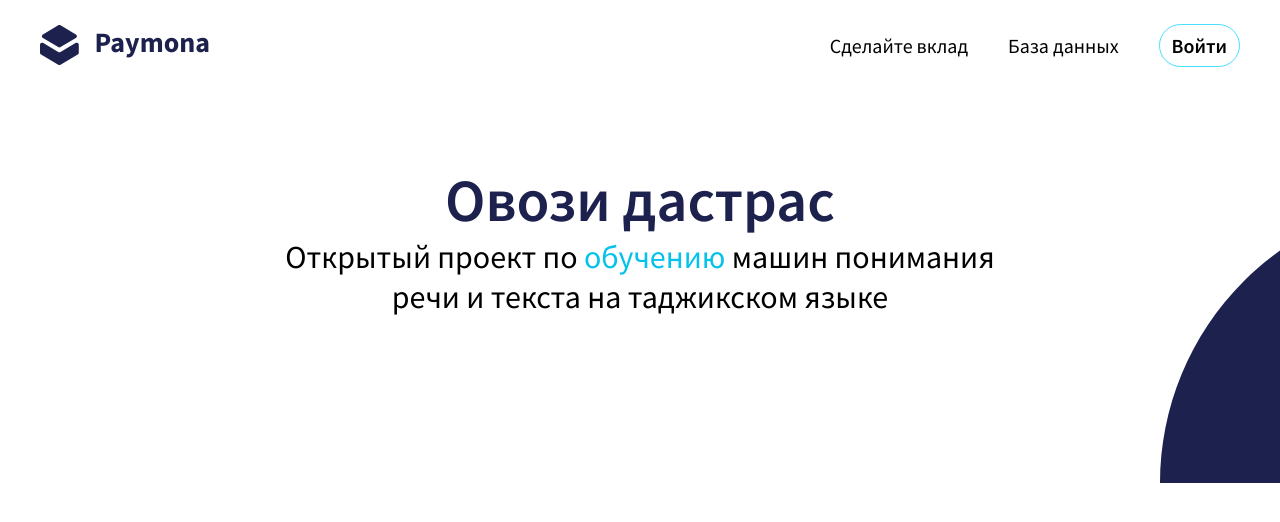
Repository: Amin444/Paymona-Sadp
Page: index.html
The author's editor kept a copy of each file at every save. The page is drawn from the files as they stood at one save, then again after the next save.
The browser window is 1280 px wide. The pictures show the whole page.

Above is the page before, as saved 2021-11-11 14:34:37.

### index.html
<!DOCTYPE html>
<html lang="en">
<head>
  <meta charset="UTF-8">
  <link rel="stylesheet" href="./style.css">
  <meta http-equiv="X-UA-Compatible" content="IE=edge">
  <meta name="viewport" content="width=device-width, initial-scale=1.0">
  <title>Paymona Sado</title>
</head>
<body>

  <div class="root">

        <div class="header">
          <div class="logoBlock">
            <img src="./img/logo.svg" class="logo" alt="">
            <p class='textLogo'>Paymona</p>
          </div>

          <div class="menu">
             <div class="items">Сделайте вклад</div>
             <div class="items">База данных</div>
             <div class="items border">Войти</div>
          </div>

        </div>

         <div class="elips">
           <svg width="120" height="285" viewBox="0 0 120 285" fill="none" xmlns="http://www.w3.org/2000/svg">
             <path d="M285 -1.24577e-05C247.573 -1.08218e-05 210.513 7.37176 175.935 21.6943C141.357 36.0169 109.939 57.0099 83.4745 83.4746C57.0098 109.939 36.0169 141.357 21.6943 175.935C7.37172 210.513 -1.57297e-05 247.573 -1.24577e-05 285L285 285L285 -1.24577e-05Z" fill="#1D214E"/>
           </svg>
         </div>

        <div class="title">
           <h1>Овози дастрас</h1>
           <p class="desc">Открытый проект по <blue>обучению</blue> машин понимания <br> речи и текста на таджикском языке</p>
        </div>
      </div>

  </div>

</body>
</html>

### style.css
@import url('https://fonts.googleapis.com/css2?family=Source+Sans+Pro:ital,wght@0,200;0,300;0,400;0,600;0,700;0,900;1,200;1,300;1,400;1,600;1,700;1,900&display=swap');

*{
  margin: 0;
  padding: 0;
  border: none;
  outline: none;
  font-family: 'Source Sans Pro', sans-serif;
  font-weight: 500;

}

.root{
  width: 100vw;
}
.header{
  height: 90px;
  padding: 0 40px;
  display: flex;
  align-items: center;
  justify-content: space-between;
}

.textLogo{
  color: #1D214E;
  font-weight: 700;
  font-size: 28px;
  line-height: 35px;
}

.logo{
  width: 40px;
  height: 40px;
}
.logoBlock{
  width:170px;
  display: flex;
  justify-content: space-between;
}
.menu{
  display: flex;
  gap: 40px;
  align-items: center;
  font-weight: 400;
  font-size: 20px;
  line-height:25px;
}
.items{
  cursor: pointer;
}
.border{
  padding: 8px 12px;
  border: 1px solid rgba(73, 222, 255, 1);
  border-radius: 50px;
  font-weight: 600;
}
.title{
  margin-top: 72px;
  display: flex;
  flex-direction: column;
  align-items: center;
}

h1{
  color: rgba(29, 33, 78, 1);
  font-weight: 600;
  font-size: 60px;
  line-height:75px;
  gap: 20px;
}
.desc{
  font-weight: 400;
  font-size: 32px;
  text-align: center;
}
blue{
  color: rgba(3, 194, 236, 1);
}
.elips{
  position: absolute;
  right: 0;
  top: 198px;
}

### img/logo.svg
<svg width="24" height="24" viewBox="0 0 24 24" fill="none" xmlns="http://www.w3.org/2000/svg">
<path d="M23.2727 11.9119V16.6433C23.2731 16.8543 23.2169 17.0618 23.1094 17.2464C23.0019 17.4309 22.8466 17.5864 22.6582 17.6981L12.3229 23.8128C12.1153 23.9351 11.8758 24 11.6314 24C11.387 24 11.1475 23.9351 10.9399 23.8128L0.616444 17.6943C0.427833 17.5828 0.272261 17.4273 0.164406 17.2428C0.0565516 17.0583 -2.98523e-05 16.8507 1.18183e-08 16.6396V11.9119C-3.13489e-05 11.6902 0.0623511 11.4726 0.180679 11.2816C0.299007 11.0906 0.468973 10.9331 0.672954 10.8255C0.876934 10.7179 1.1075 10.6641 1.34075 10.6696C1.574 10.6752 1.80144 10.7399 1.99949 10.8571L10.9399 16.1535C11.1475 16.2758 11.387 16.3407 11.6314 16.3407C11.8758 16.3407 12.1153 16.2758 12.3229 16.1535L21.2653 10.8571C21.4634 10.7373 21.6918 10.6704 21.9264 10.6636C22.1611 10.6567 22.3934 10.71 22.5989 10.818C22.8043 10.9259 22.9754 11.0845 23.0939 11.277C23.2125 11.4695 23.2743 11.6888 23.2727 11.9119Z" fill="#1D214E"/>
<path d="M10.9383 13.2688L1.76081 7.81102C1.57388 7.69908 1.41986 7.54397 1.31312 7.36018C1.20638 7.17639 1.15039 6.96991 1.15039 6.76C1.15039 6.5501 1.20638 6.34361 1.31312 6.15982C1.41986 5.97603 1.57388 5.82093 1.76081 5.70898L10.9344 0.193005C11.1431 0.0669478 11.3854 0 11.6328 0C11.8802 0 12.1224 0.0669478 12.3312 0.193005L21.5107 5.70898C21.6976 5.82093 21.8516 5.97603 21.9584 6.15982C22.0651 6.34361 22.1211 6.5501 22.1211 6.76C22.1211 6.96991 22.0651 7.17639 21.9584 7.36018C21.8516 7.54397 21.6976 7.69908 21.5107 7.81102L12.3253 13.2688C12.1173 13.3921 11.877 13.4575 11.6318 13.4575C11.3866 13.4575 11.1463 13.3921 10.9383 13.2688Z" fill="#1D214E"/>
</svg>

After the next save:
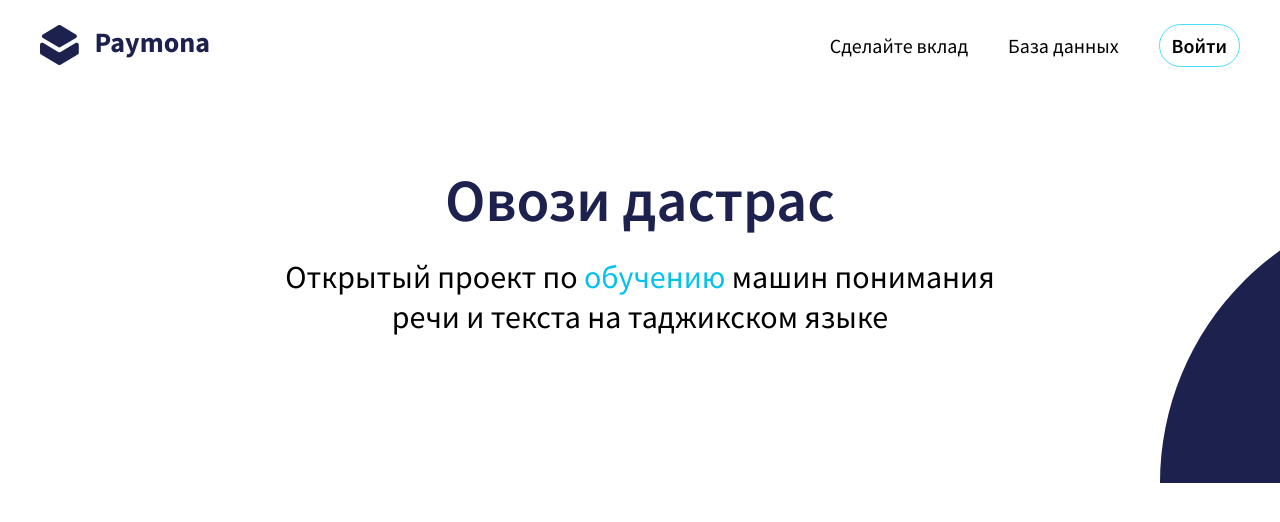
Saved 12 s later.
--- a/style.css
+++ b/style.css
@@ -66,7 +66,7 @@ h1{
   font-weight: 600;
   font-size: 60px;
   line-height:75px;
-  gap: 20px;
+  margin-bottom: 20px;
 }
 .desc{
   font-weight: 400;
